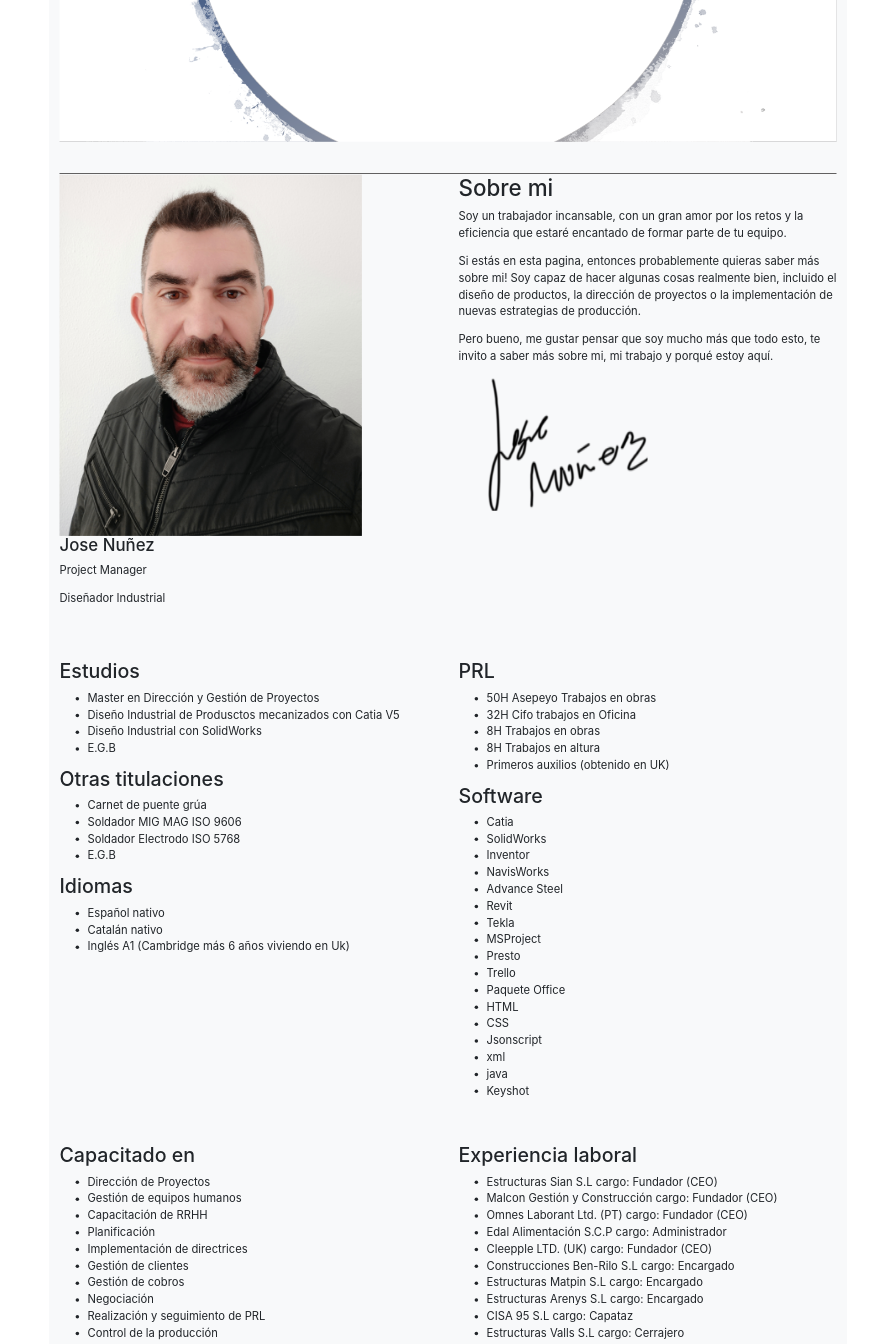
Repository: Hrotgarion1/jose
Page: index.html
The author's editor kept a copy of each file at every save. The page is drawn from the files as they stood at one save, then again after the next save.
The browser window is 1280 px wide. The pictures show the part of the page from y = 501 to 2421 px (the page is 2577 px tall before and 2775 px after), at 70% of full size.

Above is the page before, as saved 2020-09-29 21:22:22.

After the next save:
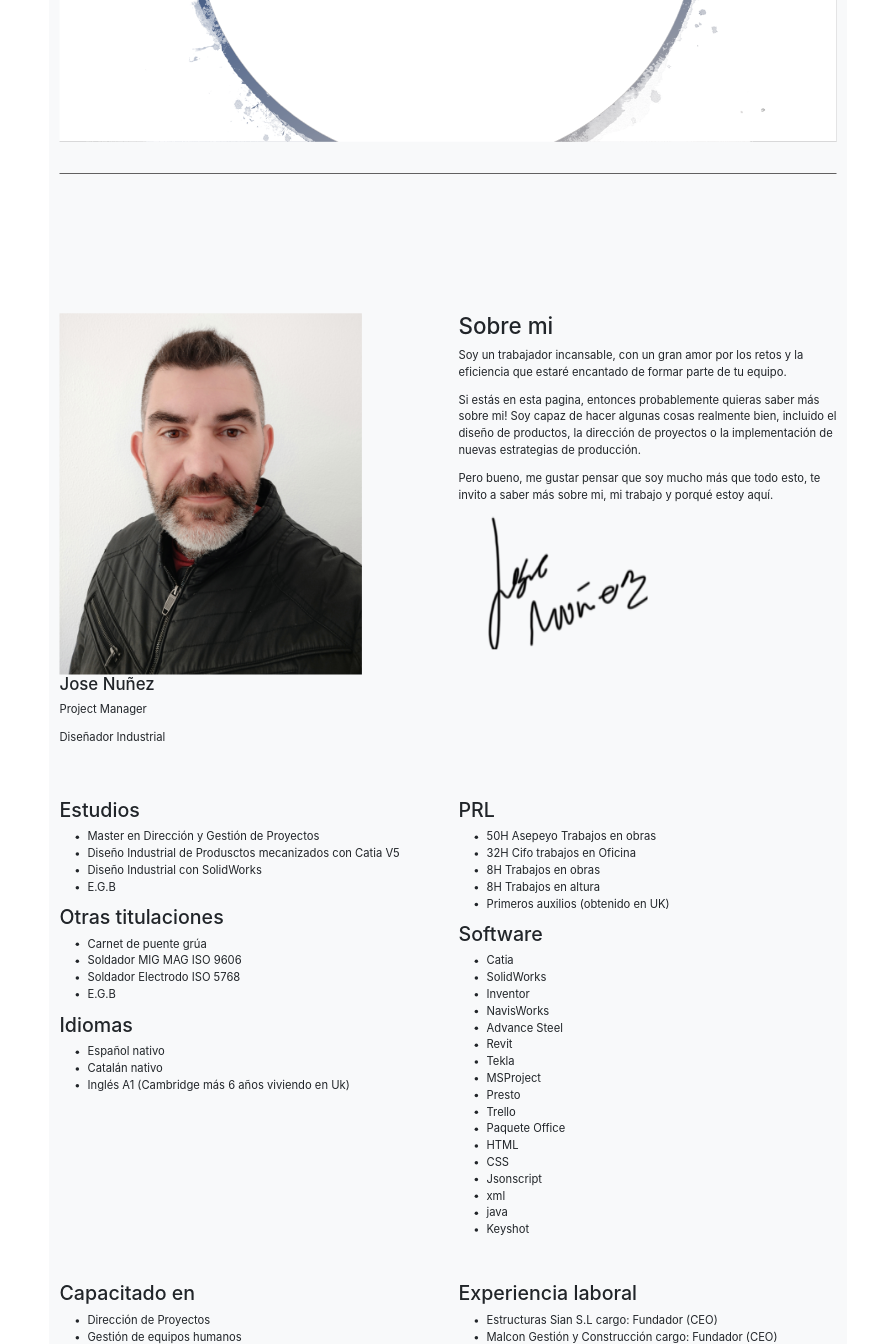
Saved 15 s later.
--- a/css/estilos.css
+++ b/css/estilos.css
@@ -1,6 +1,6 @@
 .linea {
   border-top: 1px solid rgb(34, 32, 32);
-  height: 2px;
+  height: 200px;
   padding: 0;
   margin: 5px auto 0 auto;
 }

After the save that followed:
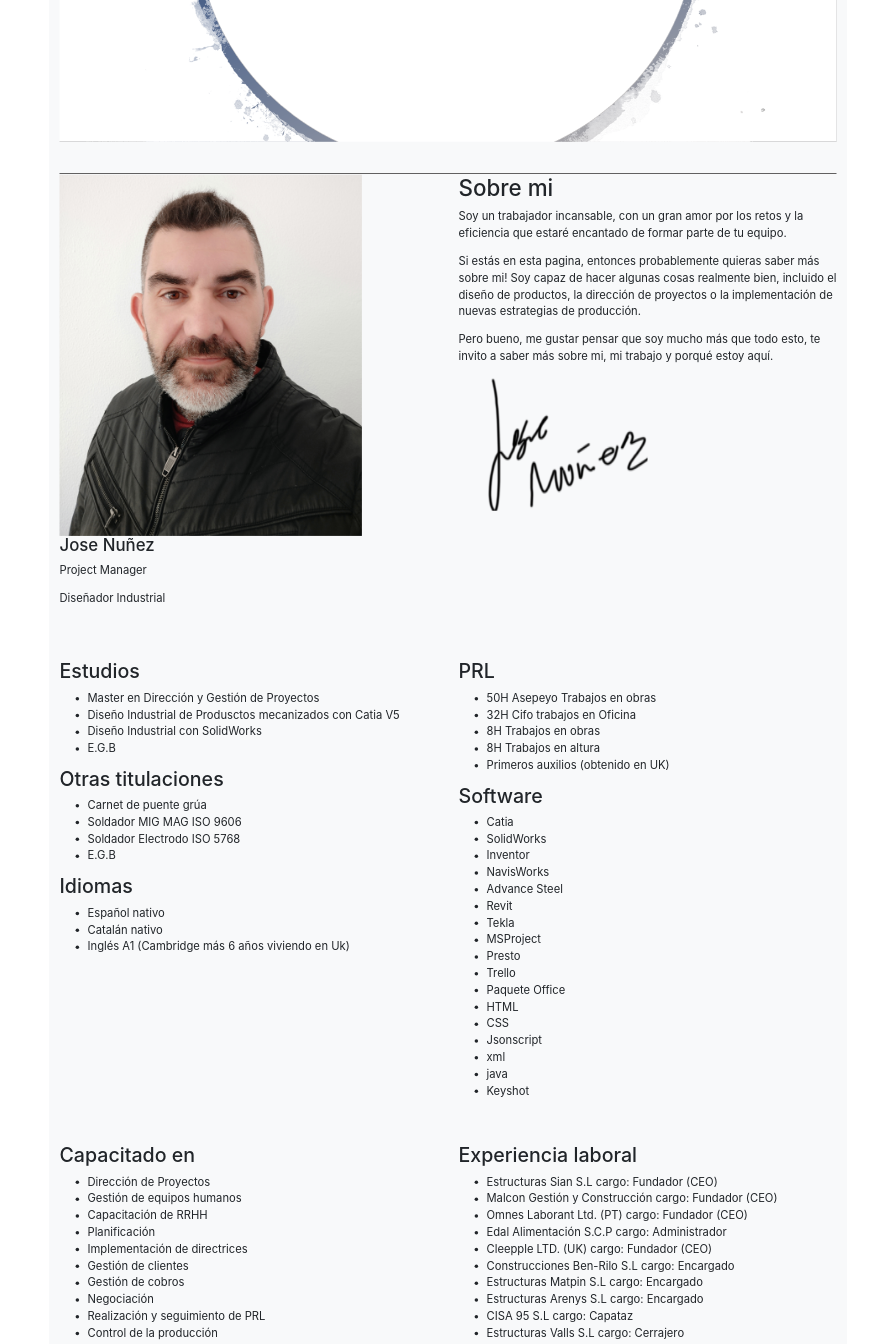
Saved 18 s later.
--- a/css/estilos.css
+++ b/css/estilos.css
@@ -1,6 +1,6 @@
 .linea {
   border-top: 1px solid rgb(34, 32, 32);
-  height: 200px;
+  height: 2px;
   padding: 0;
   margin: 5px auto 0 auto;
 }
